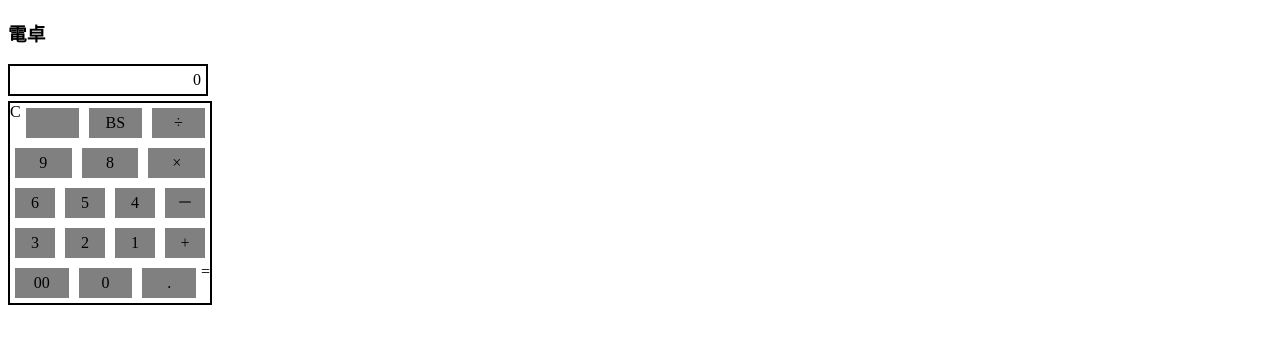
Repository: haya67/jsCalculator
Page: index.html
The author's editor kept a record of every edit. The page is drawn from the files as they stood at one moment, then again after the next edit.
The browser window is 1280 px wide. The pictures show the whole page.
Some web libraries are served in a nearby version.

Above is the page before.

### index.html
 <!DOCTYPE html>
 <html lang="en">
 <head>
 <meta charset="utf-8">
 <script src="https://code.jquery.com/jquery-3.2.1.js" integrity="sha256-DZAnKJ/6XZ9si04Hgrsxu/8s717jcIzLy3oi35EouyE=" crossorigin="anonymous"></script>
 <link rel="stylesheet" href="main.css">
 <title>電卓</title>
 </head>

 <body>
 <h3>電卓</h3>

 <!-- ここに記述していきましょう！ -->
 <div class = "container">

<!--      計算結果を出力する場所-->
      <div id = "output_total" class="output ">0</div>

<!--      計算過程を出力する -->
      <div id = "output_sub" class="output active">0</div>

<!--      ボタンを配置する場所-->
      <div class = 'input'>
          <section class = 'row'>
            <div id = "clear">C</div>
            <div class = "num_bth"></div>
            <div class = "num_bth" id="bs">BS</div>
            <div class = "num_bth cal" data-index-id= '/'>÷</div>
          </section>
          <section class = 'row'>
            <div class = "num_bth one_nine " data-index-id = 9 >9</div>
            <div class = "num_bth one_nine " data-index-id = 8 >8</div>

            <div class = "num_bth cal" data-index-id = '*'>×</div>
          </section>
          <section class = 'row'>
            <div class = "num_bth one_nine " data-index-id = 6 >6</div>
            <div class = "num_bth one_nine " data-index-id = 5 >5</div>
            <div class = "num_bth one_nine " data-index-id = 4 >4</div>
            <div class = "num_bth cal" data-index-id = '-'>－</div>
          </section>
          <section class = 'row'>
            <div class = "num_bth one_nine " data-index-id = 3 >3</div>
            <div class = "num_bth  one_nine" data-index-id = 2 >2</div>
            <div class = "num_bth  one_nine" data-index-id = 1 >1</div>
            <div class = "num_bth cal" data-index-id = '+'>+</div>
          </section>
          <section class = 'row'>
            <div class = "num_bth" data-index-id = 00 >00</div>
            <div class = "num_bth" id="zero" data-index-id = 0 >0</div>
            <div class = "num_bth" id="point" data-index-id = . >.</div>
            <div id = 'equal_btn'>=</div>
          </section>
      </div>
    </div>

 <script src="main.js"></script>
 </body>
 </html>

### main.css
.container {
  width: 200px;
}

.output {
  width: 200px;
  text-align: right;
  padding: 5px;
  margin-bottom: 5px;
  border:2px solid black;
  box-sizing: border-box;
  display:none;
}

.output.active {
  display:block;
}

.input {
  width:200px;
  border: 2px solid black;
}

.row {
  display: flex;
  justify-content: space-between;
  width: 200px;
}

.num_bth {
  width: 60px;
  height: 30px;
  text-align: center;
  line-height: 30px;
  background: gray;
  cursor: pointer;
  margin: 5px;
}

### main.js
$(document).ready(function(){

    const num_bth = document.querySelectorAll('.num_bth');

    // 計算結果を表示する所
    let output_sub = document.getElementById('output_sub');

    // 計算過程を表示するところ
    const output_total = document.getElementById('output_total');

    // 計算式を表す変数
    let total = 0;

    // // 最初の状態を定義
    let state = 'start';

    // 最初の整数入力モード
    let mode = 'integer_mode';


    // 1~9を押した時
    const one_nine = document.querySelectorAll ('.one_nine');
    one_nine.forEach(index => {
        index.addEventListener('click', () => {
            if(state === 'start') {
                total = index.dataset.indexId;
            }else if (state === 'finish') {
                reset();
                total = index.dataset.indexId;
            }else if (state === 'calculation' ) {
                total += index.dataset.indexId;
            }
            output_sub.textContent = total;
            state = 'calculation'
            // changeOutput()
        });
    });


    // 0を押したとき
    const zero = document.getElementById('zero');
    zero.addEventListener('click', () => {
        if(state === 'start' || state === 'finish' || state === 'calBtn'){
            if(output_sub.textContent.slice(-1) === '0') {
                console('前の文字はゼロ');
                return;
            }
        }

        if(state === 'start') {
            total = zero.dataset.indexId;
        }else {
            total += zero.dataset.indexId;
        }
        output_sub.textContent = total;
    });


    // .を押したとき
    const point = document.getElementById('point');
    point.addEventListener('click' , () => {
        console.log(point.dataset.indexId)
        if(mode === 'decimal_mode') {
            return;
        }
        if (state === 'start' || state === 'finish' ) {
            total = 0;
        }else if(state = 'calBtn') {
            if(output_sub.textContent.slice(-1) !=='0'){
                total += 0;
            }
        }
        total += point.dataset.indexId

        output_sub.textContent = total;
        state = 'calculation';
        mode = 'decimal_mode';

    });

    // +÷-×を押したとき
    const cal = document.querySelectorAll('.cal');
    cal.forEach(index => {
        index.addEventListener('click' , () => {
            if (state === 'start') {
                return;
            }else if(state === 'calculation') {
                total += index.dataset.indexId;
            }else if(state === 'finish') {
                total = output_total.textContent;
                total += index.dataset.indexId;
                output_total.textContent = 0;
            }
            console.log(index.dataset.indexId);
            output_sub.textContent = total;
            state = 'calBtn';
            mode = 'integer_mode';
        });
    });




    // =を押した時
    const equal_btn = document.getElementById('equal_btn');
    equal_btn.addEventListener('click', () => {
        console.log(eval(total));
        output_total.textContent = eval(total);
        state = 'finish';
        mode = 'integer_mode';
    });


    // Cを押した時
    const clear = document.getElementById('clear')
    clear.addEventListener('click' , () =>{
        reset();
    });

    function reset() {
        total = 0;
        output_sub.textContent = 0;
        output_total.textContent = 0;
        mode = 'integer_mode';
    };


    // // 計算過程画面と計算結果画面の切り替え
    function changeOutput() {
        if (state === 'finish') {
            output_total.classList.add('active');
            output_sub.classList.remove('active');
        } else{
            output_sub.classList.add('active');
            output_total.classList.remove('active');
        }
    };





})

After the next edit:
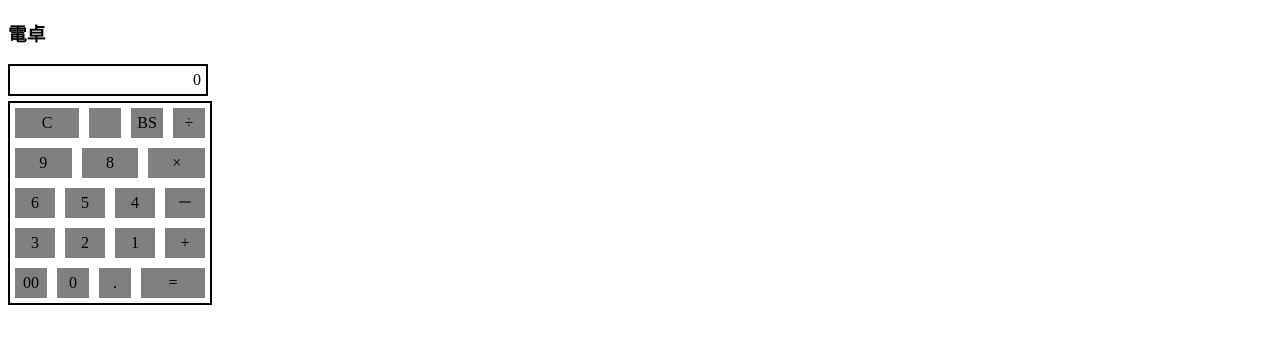
The edit:
--- a/main.css
+++ b/main.css
@@ -36,3 +36,12 @@
   cursor: pointer;
   margin: 5px;
 }
+
+#clear, #equal_btn{
+  width: 120px;
+  text-align: center;
+  line-height: 30px;
+  background: gray;
+  cursor: pointer;
+  margin: 5px;
+}
